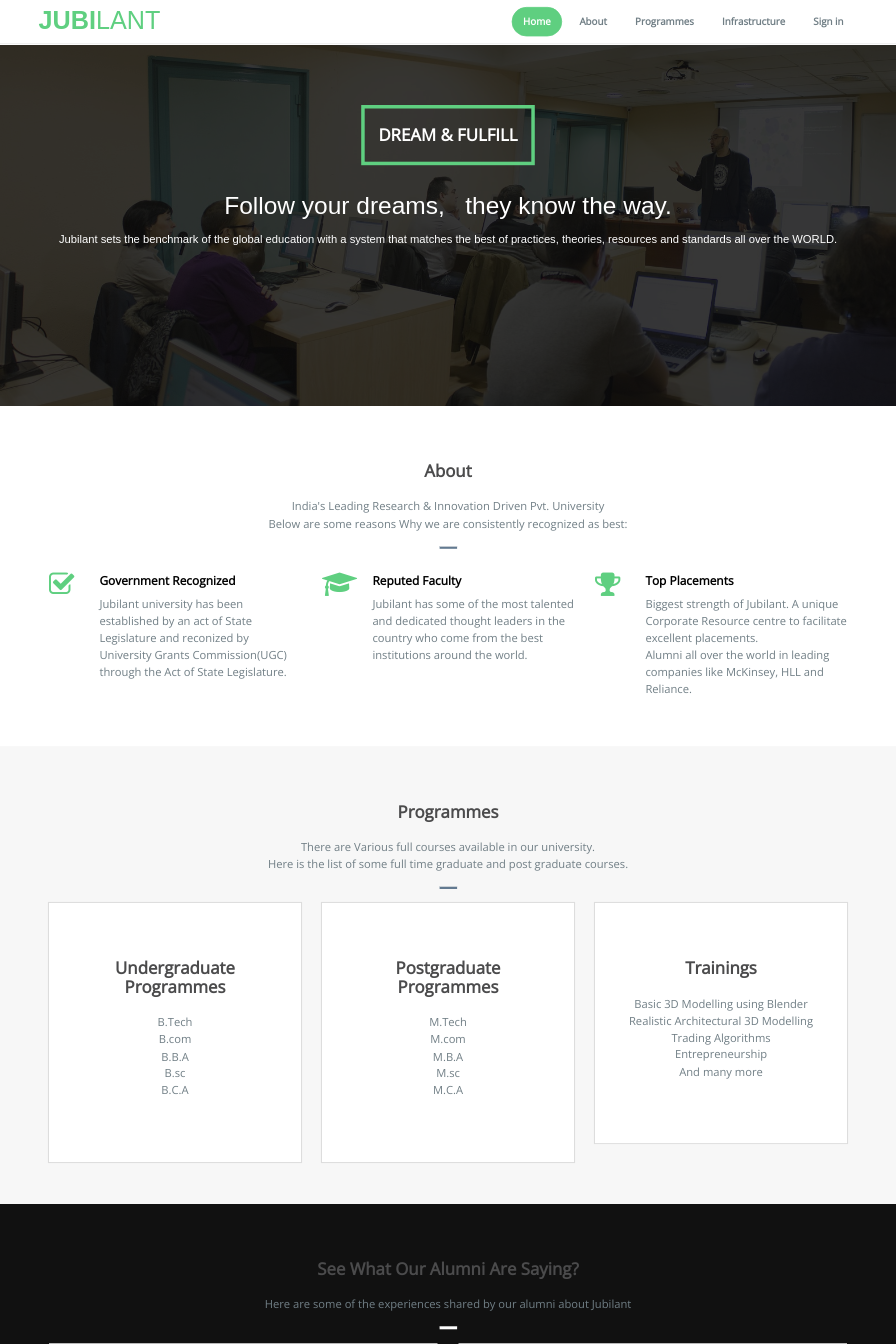
Repository: GauravC8/UMS
Page: http://localhost/login/WEB-INF/index.jsp
An editor plug-in stored every save of this project. The page is shown before and after the next save, followed by the edit.
The browser window is 1280 px wide. The pictures show the part of the page from y = 0 to 1920 px (the page is 3363 px tall), at 70% of full size.
Some web fonts or font styles are not loaded; a fallback is used. The page is served by Tomcat 9. Nobody is signed in. Other server files are loaded and not shown. The template is opened directly, without the code that normally fills it, so the values that code supplies are empty.

Above is the page before, as saved 2019-04-08 10:20:14.

### login/src/main/webapp/WEB-INF/index.jsp
<%@ page language="java" contentType="text/html; charset=ISO-8859-1"
	pageEncoding="ISO-8859-1"%>
<%@ taglib uri="http://www.springframework.org/tags/form" prefix="form"%>
<%@taglib prefix="c" uri="http://java.sun.com/jsp/jstl/core"%>

<!DOCTYPE html>
<html lang="en">

<head>
<meta charset="utf-8">
<meta name="viewport" content="width=device-width, initial-scale=1">
<title>UMS</title>

<link rel="stylesheet" type="text/css"
	href="https://fonts.googleapis.com/css?family=Open+Sans|Candal|Alegreya+Sans">
<link rel="stylesheet" type="text/css"
	href="resources/css/font-awesome.min.css">
<link rel="stylesheet" type="text/css"
	href="resources/css/bootstrap.min.css">
<link rel="stylesheet" type="text/css"
	href="resources/css/imagehover.min.css">
<link rel="stylesheet" type="text/css" href="resources/css/style.css">

</head>

<body>
	<!--Navigation bar-->
	<nav class="navbar navbar-default navbar-fixed-top">
		<div class="container">
			<div class="navbar-header">
				<button type="button" class="navbar-toggle" data-toggle="collapse"
					data-target="#myNavbar"></button>
				<a class="navbar-brand" href="index.html">Jubi<span>lant</span></a>
			</div>
			<div class="collapse navbar-collapse" id="myNavbar">
				<ul class="nav navbar-nav navbar-right">
					<li class="btn-trial"><a href="#Home">Home</a></li>
					<li><a href="#about">About</a></li>
					<li><a href="#programmes">Programmes</a></li>
					<li><a href="#infrasturcture">Infrastructure</a></li>
					<li><a href="user/loginForm">Sign in</a></li>

				</ul>
			</div>
		</div>
	</nav>
	<!--/ Navigation bar-->


	<!--Modal box-->
	<div class="modal fade" id="login" role="dialog">
		<div class="modal-dialog modal-sm">

			<!-- Modal content no 1-->
			<div class="modal-content">
				<div class="modal-header">
					<button type="button" class="close" data-dismiss="modal">&times;</button>
					<h4 class="modal-title text-center form-title">Login</h4>
				</div>
				<div class="modal-body">

					<div class="login-box-body">
						<%-- <form:form action="user/loginUser" class="form-horizontal"
							method="post" modelAttribute="user">
							<div class="form-group">
								<label for="emailId" class="col-md-3 control-label">Email</label>
								<div class="col-md-9">
									<form:input name="emailId" path="emailId"
										cssClass="form-control" />
								</div>
							</div>

							<div class="form-group">
								<label for="password" class="col-md-3 control-label">Password</label>
								<div class="col-md-9">
									<form:password name="password" path="password"
										cssClass="form-control" />
								</div>
							</div>
							<div class="form-group">
								<!-- Button -->
								<div class="col-md-offset-3 col-md-9">
									<form:button cssClass="btn btn-primary">Login</form:button>
								</div>
							</div>
							<div style="color: red">${error}</div>

						</form:form> --%>
					</div>
				</div>
			</div>
		</div>

	</div>
	<!--/ Modal box-->


	<!--Banner-->
	<div class="banner">
		<div class="bg-color">
			<div class="container">
				<div class="row">
					<div class="banner-text text-center">
						<div class="text-border">
							<h2 class="text-dec">Dream & Fulfill</h2>
						</div>
						<div class="intro-para text-center quote">
							<p class="big-text">Follow your dreams, &nbsp they know the
								way.
							<p>
							<p class="small-text">Jubilant sets the benchmark of the
								global education with a system that matches the best of
								practices, theories, resources and standards all over the WORLD.</p>
						</div>

					</div>
				</div>
			</div>
		</div>
	</div>
	<!--/ Banner-->
	<!--About-->
	<section id="about" class="section-padding">
		<div class="container">
			<div class="row">
				<div class="header-section text-center">
					<h2>About</h2>
					<p>
						India's Leading Research & Innovation Driven Pvt. University<br>
						Below are some reasons Why we are consistently recognized as best:
					</p>
					<hr class="bottom-line">
				</div>

				<div class="about">
					<div class="col-md-4">
						<div class="heading pull-right">
							<h4>Government Recognized</h4>
							<p>Jubilant university has been established by an act of
								State Legislature and reconized by University Grants
								Commission(UGC) through the Act of State Legislature.</p>
						</div>
						<div class="about-img pull-left">
							<i class="fa fa-check-square-o"></i>
						</div>
					</div>
				</div>
				<div class="about">
					<div class="col-md-4">
						<div class="heading pull-right">
							<h4>Reputed Faculty</h4>
							<p>Jubilant has some of the most talented and dedicated
								thought leaders in the country who come from the best
								institutions around the world.</p>
						</div>
						<div class="about-img pull-left">
							<i class="fa fa-graduation-cap"></i>
						</div>
					</div>
				</div>
				<div class="about">
					<div class="col-md-4">
						<div class="heading pull-right">
							<h4>Top Placements</h4>
							<p>
								Biggest strength of Jubilant. A unique Corporate Resource centre
								to facilitate excellent placements.<br> Alumni all over the
								world in leading companies like McKinsey, HLL and Reliance.
							</p>
						</div>
						<div class="about-img pull-left">
							<i class="fa fa-trophy"></i>
						</div>
					</div>
				</div>

			</div>
		</div>
	</section>
	<!--/ About-->

	<!--Programs-->
	<section id="programmes" class="section-padding">
		<div class="container">
			<div class="row">
				<div class="header-section text-center">
					<h2>Programmes</h2>
					<p>
						There are Various full courses available in our university.<br>
						Here is the list of some full time graduate and post graduate
						courses.
					</p>
					<hr class="bottom-line">
				</div>
				<div class="col-md-4 col-sm-6">
					<div class="service-box text-center">
						<h2>Undergraduate Programmes</h2>
						<p>
							B.Tech<br>B.com<br>B.B.A<br>B.sc<br>B.C.A
						</p>
					</div>
				</div>
				<div class="col-md-4 col-sm-6">
					<div class="service-box text-center">
						<h2>Postgraduate Programmes</h2>
						<p>
							M.Tech<br>M.com<br>M.B.A<br>M.sc<br>M.C.A
						</p>
					</div>
				</div>
				<div class="col-md-4 col-sm-6">
					<div class="service-box text-center">
						<h2>Trainings</h2>
						<p>
							Basic 3D Modelling using Blender<br>Realistic Architectural
							3D Modelling<br>Trading Algorithms<br>Entrepreneurship<br>And
							many more
						</p>
					</div>
				</div>
			</div>
		</div>
	</section>
	<!--/ programmes-->

	<!--Testimonial-->
	<section id="testimonial" class="section-padding">
		<div class="container">
			<div class="row">
				<div class="header-section text-center">
					<h2 class="white">See What Our Alumni Are Saying?</h2>
					<p class="white">Here are some of the experiences shared by our
						alumni about Jubilant</p>
					<hr class="bottom-line bg-white">
				</div>
				<div class="col-md-6 col-sm-6">
					<div class="text-comment">
						<p class="text-par">"Life in Jubilant has been a breathtaking
							experience.All the faculty members,mentors and everyone in
							Jubilant family have been a great help and a strong support. This
							place has immensely added to my persona and I will always cherish
							the memories I shared with this place."</p>
						<p class="text-name">
							Himani Gupta- MBA in Competitive Intelligence<br>
							Batch:2012-14
						</p>
					</div>
				</div>
				<div class="col-md-6 col-sm-6">
					<div class="text-comment">
						<p class="text-par">"Jubilant has been a completely enriching
							experience. I have acquired lot of confidence through various
							plaforms provided by College such as Sangathan, Youth Fest etc
							which gave us opportunity to present our innate creativity and
							talent. The faculty is very supportive and ready to help
							anytime."</p>
						<p class="text-name">
							Anita Kumari - B.sc(Fashion Design)<br>Batch:2011-14
						</p>
					</div>
				</div>
			</div>
		</div>
	</section>
	<!--/ Testimonial-->
	<!--Infrastructure-->
	<section id="infrasturcture" class="section-padding">
		<div class="container">
			<div class="row">
				<div class="header-section text-center">
					<h2>Infrastructure</h2>
					<p></p>
					<hr class="bottom-line">
				</div>
			</div>
		</div>
		<div class="container">
			<div class="row">
				<div class="col-md-4 col-sm-6 padleft-right">
					<figure class="imghvr-fold-up">
						<img src="resources/images/library.jfif" class="img-responsive">
						<figcaption>
							<h3>Library</h3>
							<p>Synonymous with the abode of knowledge, the six libraries
								at Jubilant are stocked with the lakhs of books and thousands of
								journals to propel the wisdom growth of the students. These
								libraries are frequently updated with new books and other useful
								study material for students.</p>
						</figcaption>
						<a href="#"></a>
					</figure>
				</div>
				<div class="col-md-4 col-sm-6 padleft-right">
					<figure class="imghvr-fold-up">
						<img src="resources/images/classroom.jfif" class="img-responsive">
						<figcaption>
							<h3>Syndicate Rooms</h3>
							<p>
								300 students can brainstorm at the same time in 50 Syndicate
								Rooms.<br>The Syndicate Rooms provide the perfect setting
								to acquire team skills through exercises like brain-storming
								sessions, group discussions, role-plays etc.
							</p>
						</figcaption>
						<a href="#"></a>
					</figure>
				</div>
				<div class="col-md-4 col-sm-6 padleft-right">
					<figure class="imghvr-fold-up">
						<img src="resources/images/auditorium.jfif" class="img-responsive">
						<figcaption>
							<h3>Auditorium</h3>
							<p>State-of-the-art auditoriums with a combined seating
								capacity of over 3,500 act as a common ground for students,
								faculty and corporate personalities for regular interfaces,
								conferences and other events.</p>
						</figcaption>
						<a href="#"></a>
					</figure>
				</div>
				<div class="col-md-4 col-sm-6 padleft-right">
					<figure class="imghvr-fold-up">
						<img src="resources/images/play.jfif" class="img-responsive">
						<figcaption>
							<h3>Playground</h3>
							<p>At Jubilant,sports form one of the important aspects of a
								student's development.From increasing concentration levels and
								working as a team to inculcating a winning spirit;sports help
								students build a strong character.</p>
						</figcaption>
						<a href="#"></a>
					</figure>
				</div>
				<div class="col-md-4 col-sm-6 padleft-right">
					<figure class="imghvr-fold-up">
						<img src="resources/images/hostel.jfif" class="img-responsive">
						<figcaption>
							<h3>Hostel Accomodation</h3>
							<p>Jubilant offers comprehensive hostel facilities for boys
								and girls separately within the University Campus.Caring wardens
								and a vigilant security ensures a pleasant stay allowing
								students to focus on academics.</p>
					</figure>
				</div>
				<div class="col-md-4 col-sm-6 padleft-right">
					<figure class="imghvr-fold-up">
						<img src="resources/images/labs.jfif" class="img-responsive">
						<figcaption>
							<h3>Laboratory</h3>
							<p>The specialised biotechnology laboratories are equipped to
								conduct advanced practical and research work.Jubilant has over
								300 labs where students experiment and bring to practice what
								they have learnt in theory.</p>
						</figcaption>
						<a href="#"></a>
					</figure>
				</div>
			</div>
		</div>
	</section>
	<!--/ Courses-->




	<!--Footer-->
	<footer id="footer" class="footer">
		<div class="container text-center">

			<h3>For More Information</h3>


			<!-- End newsletter-form -->
			<ul class="social-links">
				<li><a href="#link"><i class="fa fa-twitter fa-fw"></i></a></li>
				<li><a href="#link"><i class="fa fa-facebook fa-fw"></i></a></li>
				<li><a href="#link"><i class="fa fa-google-plus fa-fw"></i></a></li>
				<li><a href="#link"><i class="fa fa-dribbble fa-fw"></i></a></li>
				<li><a href="#link"><i class="fa fa-linkedin fa-fw"></i></a></li>
			</ul>
			All rights reserved

		</div>
	</footer>
	<!--/ Footer-->

	<script src="resources/js/jquery.min.js"></script>
	<script src="resources/js/jquery.easing.min.js"></script>
	<script src="resources/js/bootstrap.min.js"></script>
	<script src="resources/js/custom.js"></script>
	<script src="resources/contactform/contactform.js"></script>

</body>

</html>

### login/src/main/webapp/WEB-INF/resources/css/style.css

body {
	font-size: 15px;
    line-height: 1.52;
    color: #717f86;
    font-size: 16px;
	font-family: 'Open Sans', sans-serif;
    font-weight: 400;
}
ol, ul {
	list-style: none;
}
blockquote, q {
	quotes: none;
}
blockquote:before, blockquote:after,
q:before, q:after {
	content: '';
	content: none;
}
table {
	border-collapse: collapse;
	border-spacing: 0;
}
.section-padding{
	padding: 60px 0px;
}
h1, h2, h3, h4, h5, h6{
    font-family: Open Sans, sans-serif;
    font-weight: 700;
    color: #4B4B4C;
}
a{
    color: #5fcf80;
}
a:hover, a:focus{
    color: #5fcf80;
}
/***********************************
Navigation bar
************************************/
.navbar-default .navbar-brand {
    color: #5FCF80;
}
.navbar-default {
    background-color: #ffffff;
}

.navbar-default .navbar-nav > li > a {
    color: #717f86;
    font-size: 14px;
    font-weight: 700;
}
.navbar-nav > li > a{
	padding: 0px;
	margin: 10px 5px;
	padding: 10px 15px;
}
.navbar-default .navbar-nav > li > a:focus, .navbar-default .navbar-nav > li > a:hover
{
	color: #5FCF80;
}
.btn {


background-color: #5FCF80;
	border-radius: 50px;
	color: #ffffff !important;
	border: 1px solid #5FCF80;
	margin-top: 15px;
}
.navbar-nav .active a{
    background: none !important;
    color: #5FCF80 !important;
    outline: none;
}

.btn-trial a{
	background-color: #5FCF80;
	border-radius: 25px;
	color: #ffffff !important;
	border: 1px solid #5FCF80;
}
.btn-trial a:hover, .btn-trial a:focus{
	border: 1px solid #5FCF80;
	background-color: #fff;
	color: #5FCF80 !important;
}
.navbar-default .navbar-brand {
    font-family: 'Dosis', sans-serif !important;
    font-weight: 700;
    text-transform: uppercase;
    padding: 0px;
    height: inherit;
    font-size: 36px;
    margin: 20px 0px;
}
.navbar-default .navbar-brand span{
	font-weight: 100 !important;
}
.navbar {
    margin-bottom: 0px;
}
.padding-zero{
	padding: 0px;
}
.mart20{
	margin-top: 20px;
}
/***********************************
Banner
************************************/
.banner{
	background: url('resources/images/bg-banner.jpg') no-repeat center top;
    background-size: cover;
	min-height: 580px;
    position: relative;
}
.bg-color{
	background-color: RGBA(12, 11, 11, 0.82);
	min-height: 580px;
}
.text-dec{
	font-size: 24px;
	padding: 10px 20px;
    margin: 15px 0;
	text-transform: uppercase;
    color: #fff;
}
.text-border{
	border: 5px solid #5FCF80;
	display: inline-block;
	margin-top: 150px;
}
.intro-para{
	font-family: 'Alegreya Sans', sans-serif;
	font-size: 45px;
	color: #fff;
	margin-top: 30px;
}

.modal-dialog {
    width: 600px;
    margin: 150px auto;
}
.modal-content h4 {
    font-size: 1.5em;
    font-weight: 700;
}
.login-box-body {
    padding: 15px 30px;
}
.login-box-msg, .register-box-msg {
    margin: 0px;
    text-align: center;
    padding: 0px 20px 20px;
}
.form-title{
color:#5FCF80;
}
.form-control{
border-color:#5FCF80;
}
.modal-sm {
    width: 400px;
}
.padleft-right{
    padding-left: 5px;
    padding-right: 0px;
}
.big-text{
    font-size: 35px;
}
.small-text{
    font-size: 16px;
}
btn{
    background-color: #5fcf80;
    color: #fff;
    -webkit-transition: all 0.3s ease-in-out;
  -moz-transition: all 0.3s ease-in-out;
  transition: all 0.3s ease-in-out;
  margin-top: 10px;
}
.btn:hover,.btn:focus{
    background-color: black;
    color: #5fcf80;
    border-color: #fff;
     -webkit-transition: all 0.3s ease-in-out;
  -moz-transition: all 0.3s ease-in-out;
  transition: all 0.3s ease-in-out;
}
/***********************************
About
************************************/
h2{
	font-size: 24px;
	padding-bottom: 15px;
}
.bottom-line{
	width: 25px;
	height: 3px;
	background-color: rgb(99, 122, 145);
}
.about{
	margin-top: 25px;
}
.about-img {
  width: 20%;
}
.heading {
    width: 80%;
}
.about i {
    font-size: 39px;
    color: #5FCF80;
    margin-top: 7px;
}
.heading h4 {
    font-size: 17px;
    line-height: 1.25;
    font-weight: 700;
    color: #000;
    margin: 10px 0px;
    text-align: left;
}
.heading p {
  text-align: left;
}

/***********************************
Programmes
************************************/
#programmes {
    background-color: rgb(247, 247, 247);
}
.service-box{
    background: #fff;
    padding: 60px 30px 80px;
    box-shadow: 0px 0px 1px 1px rgba(0,0,0,0.1);
}



/***********************************
Testimonial
************************************/
#testimonial{
    background-color: #111;
}
.bg-white{
    background-color: #fff !important;
}
.text-comment{
  background-color: rgb(255, 255, 255);
  padding: 20px;
}
.text-par{
  font-size: 20px;
  padding-bottom: 15px;
}
/***********************************
Infrastructure
************************************/
[class*=" imghvr-"] figcaption, [class^="imghvr-"] figcaption {
    background-color: #5FCF80;
}
[class*=" imghvr-"], [class^="imghvr-"] {
    background-color: #5FCF80;
    color: #fff;
}

/***********************************
Footer
************************************/
.footer {
    padding: 60px 0 20px;
    background: #111;
    color: #ccc;
}
.footer a {
    color: #fff;
}

.footer h3{
	font-weight: 300;
	letter-spacing: 0.05em;
	margin: 0 0 40px;
	font-size: 24px;
}
.footer .form-control {
    border-radius: 30px;
    border: none;
    background: rgba(255,255,255,.1);
    padding-left: 30px;
    color: #e5e6e7;
    margin-bottom: 0;
    height: 48px;
}
.footer .social-links li a {
    color: #fff;
    font-size: 32px;
    line-height: 50px;
    border-radius: 50%;
    text-align: center;
    -webkit-transition: all .3s ease-out;
    transition: all .3s ease-out;
}
.footer .social-links li {
    display: inline-block;
    margin: 0 25px 25px;
    -webkit-transition: all .3s ease-out;
    transition: all .3s ease-out;
}
.footer .mc-trial {
    margin: 20px 0;
}
.footer .social-links {
    list-style: none;
    padding: 0;
    margin: 30px 0 40px;
    padding: 40px 0 0;
    border-bottom: 1px solid rgba(255,255,255,0.2);
}

.footer .form-control:focus{
    box-shadow: none;
}
/***********************************
************************************
Responsive media queries
************************************
***********************************/
@media (min-width: 769px) and (max-width: 980px) {
    .ser-text {
    font-size: 20px;
    }
    .service-box{
        margin-bottom: 30px;
    }
}
@media (min-width: 451px) and (max-width: 768px) {
    .ser-text {
    font-size: 20px;
    }
    .service-box{
        margin-bottom: 30px;
    }


}
@media (min-width: 20px) and (max-width: 450px) {
    .text-dec {
    font-size: 20px;
    }
    .big-text {
    font-size: 30px;
    }
    .small-text {
    font-size: 14px;
    }
    .intro-para {
    font-size: 30px;
    }
    .header-section p{
        font-size: 14px;
    }
    .heading {
    margin-bottom: 20px;
    }

    h3.det-txt {
    font-size: 28px;
    }

    .service-box, .text-comment{
        margin-bottom: 30px;
    }

    .footer .social-links li {
    margin: 0 5px 25px;
    }

    .modal-sm {
    width: 300px;
    }
    .login-box-body {
    padding: 15px 20px;
    }
    .navbar-default .navbar-brand{
        margin-left: 10px;
    }
    .navbar-default .navbar-nav > li > a{
        text-align: center;
    }
}

### login/src/main/webapp/WEB-INF/resources/js/custom.js
(function($) {

  // Navigation scrolls
  $(".navbar-nav li a").on('click', function(event) {
    $('.navbar-nav li').removeClass('active');
    $(this).closest('li').addClass('active');
    var $anchor = $(this);
    var nav = $($anchor.attr('href'));
    if (nav.length) {
      $('html, body').stop().animate({
        scrollTop: $($anchor.attr('href')).offset().top
      }, 1500, 'easeInOutExpo');

      event.preventDefault();
    }
  });
  $(".navbar-collapse a").on('click', function() {
    $(".navbar-collapse.collapse").removeClass('in');
  });

  // Add smooth scrolling to all links in navbar
  $("a.mouse-hover, a.get-quote").on('click', function(event) {
    var hash = this.hash;
    if (hash) {
      event.preventDefault();
      $('html, body').animate({
        scrollTop: $(hash).offset().top
      }, 1500, 'easeInOutExpo');
    }
  });
})(jQuery);

Loaded but not shown: login/src/main/webapp/WEB-INF/resources/css/font-awesome.min.css (library); login/src/main/webapp/WEB-INF/resources/css/bootstrap.min.css (library); login/src/main/webapp/WEB-INF/resources/css/imagehover.min.css (library); login/src/main/webapp/WEB-INF/resources/js/jquery.min.js (library); login/src/main/webapp/WEB-INF/resources/js/jquery.easing.min.js (library); login/src/main/webapp/WEB-INF/resources/js/bootstrap.min.js (library)

After the next save:
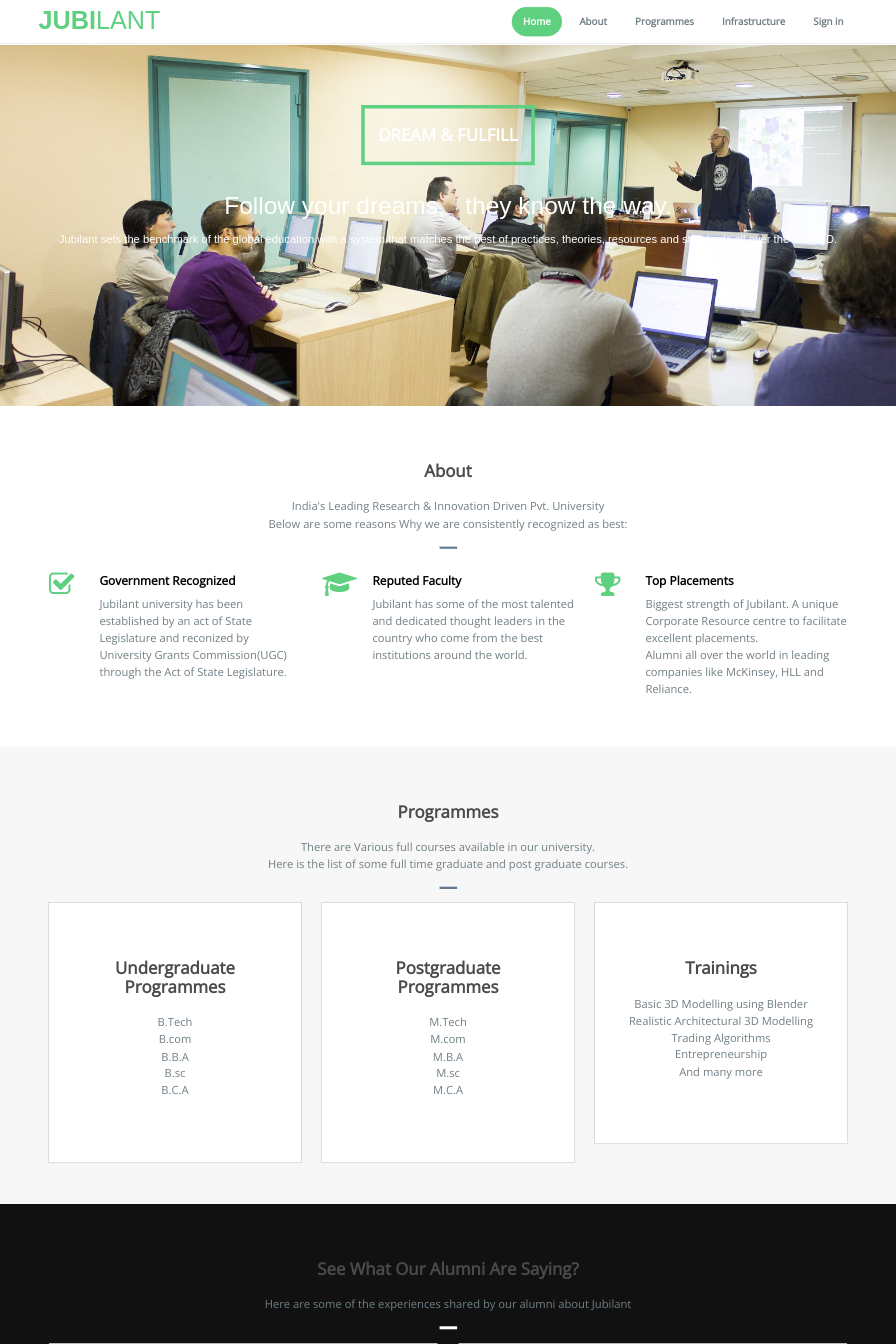
Saved 7 min 57 s later.
--- a/login/src/main/webapp/WEB-INF/index.jsp
+++ b/login/src/main/webapp/WEB-INF/index.jsp
@@ -96,7 +96,7 @@
 
 
 	<!--Banner-->
-	<div class="banner">
+	<div class="banner" style="background: url('resources/images/bg-banner.jpg') no-repeat center top}>
 		<div class="bg-color">
 			<div class="container">
 				<div class="row">
